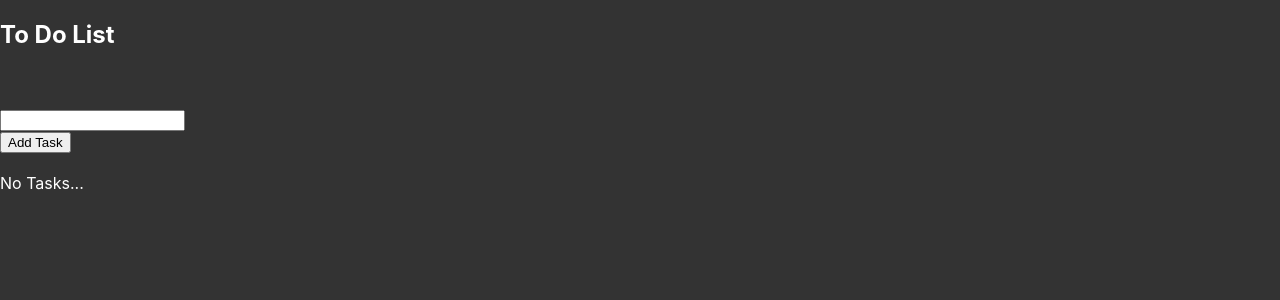
Repository: kirangautam45/ToDoList
Page: /
The author's editor kept a copy of each file at every save. The page is drawn from the files as they stood at one save, then again after the next save.
The browser window is 1280 px wide. The pictures show the whole page.
The project was rebuilt for these pictures with package versions that can differ from the ones it lists, and the page was loaded fresh each time. Also part of the build but not shown: src/components/Update.js.

Above is the page before, as saved 2022-08-07 20:23:42.

### src/App.js
import { useState } from "react";
import TodoForm from "./components/TodoForm";
import Update from "./components/Update";
import ToDo from "./components/Todo";

import "./App.css";

function App() {
  // Tasks (To Do List) State
  const [toDo, setToDo] = useState([]);
  const [newTask, setNewTask] = useState("");
  const [updateData, setUpdateData] = useState("");


  // Add task
  const addTask = () => {
    if (newTask) {
      let num = toDo.length + 1;
      let newEntry = { id: num, title: newTask, status: false };
      setToDo([...toDo, newEntry]);
      setNewTask("");
    }
  };

  // Delete task
  const deleteTask = (id) => {
    let newTasks = toDo.filter((task) => task.id !== id);
    setToDo(newTasks);
  };

  // Mark task as completed
  const markDone = (id) => {
    let newTask = toDo.map((task) => {
      if (task.id === id) {
        return { ...task, status: !task.status };
      }
      return task;
    });
    setToDo(newTask);
  };

  // Cancel update
  const cancelUpdate = () => {
    setUpdateData("");
  };

  // Change task for update
  const changeTask = (e) => {
    let newEntry = {
      id: updateData.id,
      title: e.target.value,
      status: updateData.status ? true : false,
    };
    setUpdateData(newEntry);
  };

  // Update task
  const updateTask = () => {
    let filterRecords = [...toDo].filter((task) => task.id !== updateData.id);
    let updatedObject = [...filterRecords, updateData];
    setToDo(updatedObject);
    setUpdateData("");
  };
  // search task

  return (
    <div className="container App">
      <h2>To Do List</h2>
      <br />
      <br />

      {updateData && updateData ? (
        <Update
          updateData={updateData}
          changeTask={changeTask}
          updateTask={updateTask}
          cancelUpdate={cancelUpdate}
        />
      ) : (
        <TodoForm newTask={newTask} setNewTask={setNewTask} addTask={addTask} />
      )}

      {toDo && toDo.length ? "" : "No Tasks..."}

      <ToDo
        toDo={toDo}
        markDone={markDone}
        setUpdateData={setUpdateData}
        deleteTask={deleteTask}
      />

    </div>
  );
}

export default App;

### src/components/TodoForm.js
import React from "react";

const TodoForm = ({ newTask, setNewTask, addTask }) => {
  return (
    <div>
      <div className="row">
        <div className="col">
          <input
            value={newTask}
            onChange={(e) => setNewTask(e.target.value)}
            className="form-control form-control-lg"
          />
        </div>
        <div className="col-auto">
          <button onClick={addTask} className="btn btn-lg btn-success">
            Add Task
          </button>
        </div>
      </div>
      <br />
    </div>
  );
};

export default TodoForm;

### src/components/Todo.js
import React from "react";
import { FontAwesomeIcon } from "@fortawesome/react-fontawesome";
import {
  faCircleCheck,
  faPen,
  faTrashCan,
} from "@fortawesome/free-solid-svg-icons";
const Todo = ({ toDo, markDone, setUpdateData, deleteTask }) => {
  return (
    <div>
      {toDo &&
        toDo
          .sort((a, b) => (a.id > b.id ? 1 : -1))
          .map((task, index) => {
            return (
              <React.Fragment key={task.id}>
                <div className="col taskBg">
                  <div className={task.status ? "done" : ""}>
                    <span className="taskNumber">{index + 1}</span>
                    <span className="taskText">{task.title}</span>
                  </div>
                  <div className="iconsWrap">
                    <span
                      title="Completed / Not Completed"
                      onClick={(e) => markDone(task.id)}
                    >
                      <FontAwesomeIcon icon={faCircleCheck} />
                    </span>

                    {task.status ? null : (
                      <span
                        title="Edit"
                        onClick={() =>
                          setUpdateData({
                            id: task.id,
                            title: task.title,
                            status: task.status ? true : false,
                          })
                        }
                      >
                        <FontAwesomeIcon icon={faPen} />
                      </span>
                    )}

                    <span title="Delete" onClick={() => deleteTask(task.id)}>
                      <FontAwesomeIcon icon={faTrashCan} />
                    </span>
                  </div>
                </div>
              </React.Fragment>
            );
          })}
    </div>
  );
};

export default Todo;

### src/App.css
body {
  background-color: #333;
  color: #fff;
}
con
.App {
  text-align: center;
}

.taskBg {
  background-color: #555;
  border-radius: 6px;
  margin-bottom: 20px;
  padding: 10px 140px 10px 15px;
  text-align: left;
  font-size: 22px;
  position: relative;
}

.taskBg div {
  display: flex;
  align-items: center;
}

.taskNumber {
  color: rgb(180, 84, 84);
  border: 1px solid rgb(108, 39, 39);
  border-radius: 50%;
  width: 26px;
  height: 26px;
  display: flex;
  text-align: center;
  font-size: 14px;
  margin-right: 8px;
  align-items: center;
  justify-content: center;
}

.taskBg .taskText {
  flex: 1;
}

.taskBg .done .taskText {
  text-decoration: line-through;
  opacity: 0.3;
}

.taskBg .iconsWrap {
  position: absolute;
  top: 50%;
  transform: translateY(-50%);
  right: 15px;
  width: auto;
  display: inline-block;
}

.taskBg .iconsWrap span {
  display: inline-block;
  margin: 0px 10px 0 10px;
  cursor: pointer;
  color: #449770;
}

.taskBg .iconsWrap span:hover {
  color: rgb(110, 110, 54);
}

.mr-20 {
  margin-right: 20px;
}

Loaded but not shown: public/index.html (common file); src/index.js (common file); src/index.css (common file); src/reportWebVitals.js (common file)

After the next save:
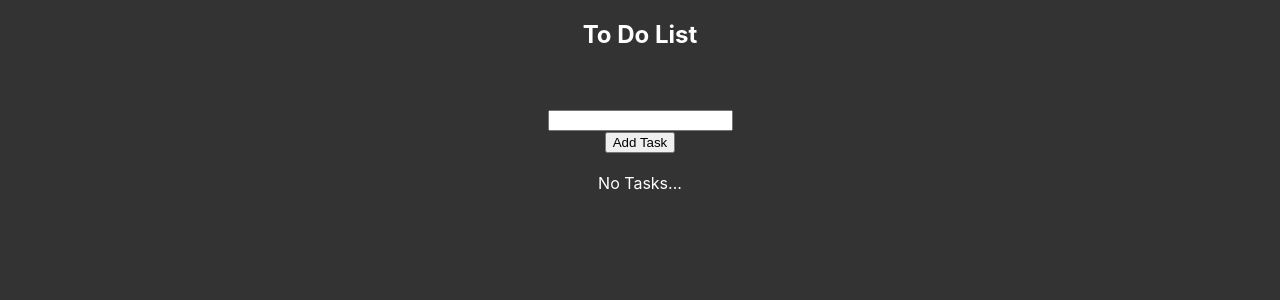
Saved 4 s later.
--- a/src/App.css
+++ b/src/App.css
@@ -2,7 +2,7 @@ body {
   background-color: #333;
   color: #fff;
 }
-con
+
 .App {
   text-align: center;
 }

After the save that followed:
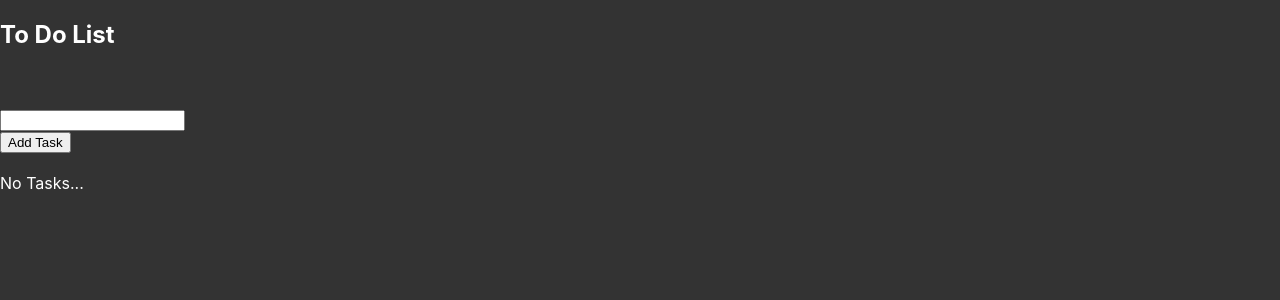
Saved 18 s later.
--- a/src/App.js
+++ b/src/App.js
@@ -64,7 +64,7 @@ function App() {
   // search task
 
   return (
-    <div className="container App">
+    <div className="container">
       <h2>To Do List</h2>
       <br />
       <br />
